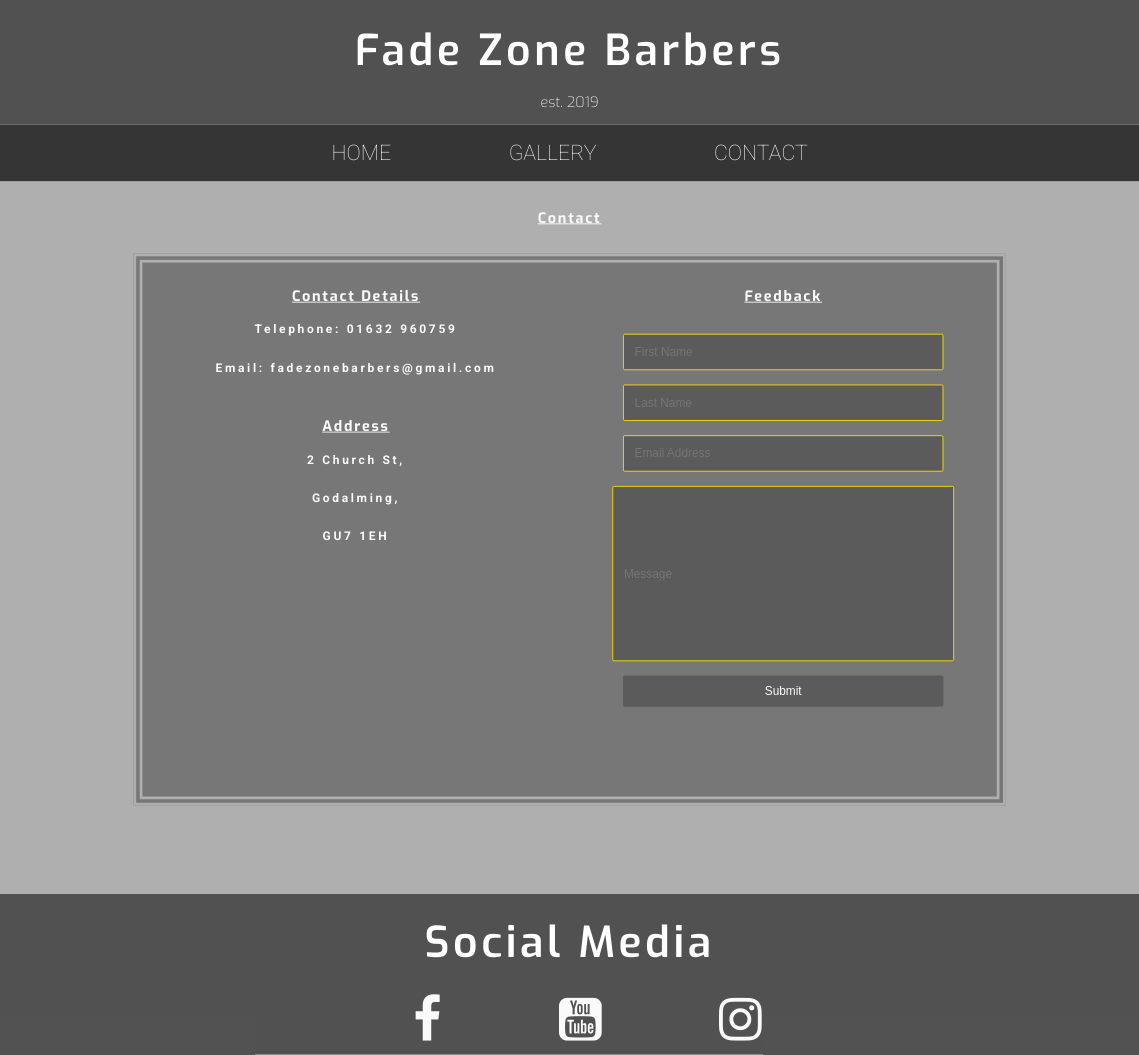
Repository: Boofy360/fade-zone-barbers
Page: contact.html
The author's editor kept a record of every edit. The page is drawn from the files as they stood at one moment, then again after the next edit.
The browser window is 1280 px wide. The pictures show the whole page, at 89% of full size.

Above is the page before.

### contact.html
<!DOCTYPE html>
<html lang="en">

<head>
    <meta charset="UTF-8">
    <meta name="viewport" content="width=device-width, initial-scale=1.0">
    <meta http-equiv="X-UA-Compatible" content="ie=edge">
    <link rel="stylesheet" href="assets/css/style.css" type="text/css" />
    <link rel="stylesheet" href="https://maxcdn.bootstrapcdn.com/font-awesome/4.7.0/css/font-awesome.min.css" type="text/css" />
    <link rel="stylesheet" href="https://cdnjs.cloudflare.com/ajax/libs/hover.css/2.3.1/css/hover-min.css" type="text/css" />
    <title>Document</title>
</head>

<body>
    <header>
        <div id="heading">
            <h1>Fade Zone Barbers</h1>
            <h2>est. 2019</h2>
            <!----------Figure out how to center---------->
        </div>
    </header>
    <nav>
        <ul id="navbar">
            <li>
                <a href="index.html">Home</a>
            </li>
            <li>
                <a href="gallery.html">Gallery</a>
            </li>
            <li>
                <a href="contact.html">Contact</a>
            </li>
        </ul>
    </nav>
    <section id="contact">
        <h2>Contact</h2>
        <div id="contact-overlay">
            <div id="left-contact">
                <h2>Contact Details</h2>
                <p>Telephone: 01632 960759</p>
                <p>Email: fadezonebarbers@gmail.com</p>
                <h2>Address</h2>
                <p>2 Church St,</p>
                <p>Godalming,</p>
                <p>GU7 1EH</p>
            </div>
            <div id="right-contact">
                <h2>Feedback</h2>
                <form action="" target="_self" method="post">
                    <input type="text" name="firstname" placeholder="First Name"/>
                    <input type="text" name="lastname" placeholder="Last Name"/>
                    <input type="text" name="email" placeholder="Email Address"/>
                    <input type="text" name="message" placeholder="Message"/>
                    <input type="submit" value="Submit"/>
                </form>
            </div>
        </div>
    </section>
    <footer>
        <h1>Social Media</h1>
        <ul id="social-networks">
            <li><a href="https://www.facebook.com" target="_blank"><i class="fa fa-facebook"></i></a></li>
            <li><a href="https://www.twitter.com" target="_blank"><i class="fa fa-youtube-square"></i></a></li>
            <li><a href="https://www.instagram.com" target="_blank"><i class="fa fa-instagram"></i></a></li>
        </ul>
    </footer>
</body>

</html>

### assets/css/style.css
@import url('https://fonts.googleapis.com/css?family=Roboto:100,200,300,400,500,600,700|Exo:100,200,300,400,500,600,700');

/*--------------------------------------------Special paddings/margins/text*/

body {
    margin: 0;
    padding: 0;
    border: 0;
}

a:link {
    text-decoration: none!important;
}

/*--------------------------------------------Header*/

header {
    background-color: rgba(8, 8, 8, 0.7);
    font-family: "Exo", sans-serif;
    line-height: 50px;
    text-align: center;
}

#heading h1 {
    font-size: 300%;
    letter-spacing: 4px;
    color: #fff;
    font-weight: 600;
    margin: 0;
    padding: 32px 0 8px;
}

#heading h2 {
    font-size: 100%;
    color: #fafafa;
    font-weight: 200;
    margin: 0;
}

/*--------------------------------------------Navbar*/

#navbar {
    background-color: rgba(32, 32, 32, 0.9);
    list-style-type: none;
    margin: auto;
    padding: 0;
    float: none;
    text-align: center
}

#navbar li {
    display: inline-block;
}

#navbar li a {
    font-family: "Roboto", sans-serif;
    color: #fafafa;
    font-size: 150%;
    font-weight: 100;
    text-transform: uppercase;
    padding: 0 64px;
    text-decoration: none;
    display: inline;
    line-height: 64px;
    transition: all 0.35s ease-in-out;
    -moz-transition: all 0.35s ease-in-out;
    -webkit-transition: all 0.35s ease-in-out;
    -o-transition: all 0.35s ease-in-out;
}

#navbar li a:hover {
    color: #ffdf00;
}


/*--------------------------------------------About Us*/

#hero-image {
    background-image: linear-gradient(rgba(0, 0, 0, 0.2), rgba(0, 0, 0, 0.2)), url("../images/tools-background.jpg");
    height: 100%;
    background-position: center;
    background-repeat: no-repeat;
    background-size: cover;
}


#hero-outer {
    height: 600px;
    width: 100%;
    overflow: hidden;
    position: relative;
    text-align: center
}

#cover-text h2 {
    letter-spacing: 2px;
    font-family: "Exo", sans-serif;
    text-decoration: underline;


}

#cover-text {
    background-color: rgba(32, 32, 32, 0.5);
    font-family: "Roboto", sans-serif;
    font-size: 1.5vh;
    text-align: center;
    color: #fafafa;
    line-height: 100%;
    width: 60%;
    height: 60%;
    border-radius: 5%;
    padding: 20px 20px;
    bottom: 20%;
    left: 10%;
    position: absolute;
    margin: 0 auto;
}

/*--------------------------------------------Prices*/

#prices {
    background-color: #afafaf;
    font-family: "Roboto", sans-serif;
    font-size: 1.5vh;
    text-align: center;
    color: #fafafa;
    width: 100%;
    height: 600px;
    position: relative;
}

#prices h2 {
    text-align: center;
    letter-spacing: 2px;
    font-family: "Exo", sans-serif;
    text-decoration: underline;
    padding: 30px 0;
    margin: 0;
}


#prices-list {
    background-color: rgba(64, 64, 64, 0.5);
    width: 80%;
    height: 65%;
    line-height: 150%;
    display: inline-block;
    border: 10px double #afafaf;
}

#left-content {
    float: left;
    width: 50%;
}

#right-content {
    float: right;
    width: 50%;
}

#left-content p,
#right-content p {
    font-size: 1.25em;
    letter-spacing: 3px;
    font-weight: 700;
    padding: 0.5em;

}

/*--------------------------------------------Gallery*/

#gallery {
    background-color: #afafaf;
    clear:both;
    height: 100%;
    line-height: 0;
    column-count: 5;
    column-gap: 0;
}

#gallery img {
    width: 100%;
}

/*--------------------------------------------Contact*/

#contact {
    background-color: #afafaf;
    width: 100%;
    height: 800px;
    position: relative;
    text-align:center;
    font-size: 1.5vh;
    font-family: "Roboto", sans-serif;
    color: #fafafa;
}

#contact h2 {
    text-align: center;
    letter-spacing: 2px;
    font-family: "Exo", sans-serif;
    text-decoration: underline;
    padding: 30px 0;
    margin: 0;
}

#contact-overlay {
    background-color: rgba(64, 64, 64, 0.5);
    width: 75%;
    height: 75%;
    line-height: 150%;
    display: inline-block;
    border: 10px double #afafaf;
}

#left-contact {
    float: left;
    width: 50%;
}

#left-contact h2 {
    padding-bottom: 0px
}

#right-contact {
    float: right;
    width: 50%;
}

#left-contact p {
    font-size: 1.25em;
    letter-spacing: 3px;
    font-weight: 700;
    padding: 0.5em;
}

input {
    background-color: rgba(64, 64, 64, 0.5);
    color: #fafafa;
    width: 75%;
    padding: 12px;
    margin-top: 4px;
    margin-bottom: 12px;
    box-sizing: border-box;
    border-radius: 2px;
    border: 1px solid #ffdf00;
    cursor: text;
}

input[type=submit] {
    padding: 10px 16px;
    border: none;
    border-radius: 2px;
    cursor: pointer;
}

input[name=message] {
    width: 80%;
    padding: 90px 12px;
}





/*--------------------------------------------Footer*/

footer {
    background-color: rgba(8, 8, 8, 0.7);
    line-height: 50px;
    text-align: center;
}

footer h1 {
    font-family: "Exo", sans-serif;
    font-size: 300%;
    letter-spacing: 4px;
    color: #fff;
    font-weight: 600;
    margin: 0;
    padding: 30px 0;
}

#social-networks {
    margin: 0;
}

#social-networks li {
    display: inline;

}

#social-networks li a {
    color: #fafafa;
    font-size: 3.5em;
    padding: 0 64px;
    line-height: 64px;
    transition: all 0.35s ease-in-out;
    -moz-transition: all 0.35s ease-in-out;
    -webkit-transition: all 0.35s ease-in-out;
    -o-transition: all 0.35s ease-in-out;
}

#social-networks li a:hover {
    color: #ffdf00;
}

After the next edit:
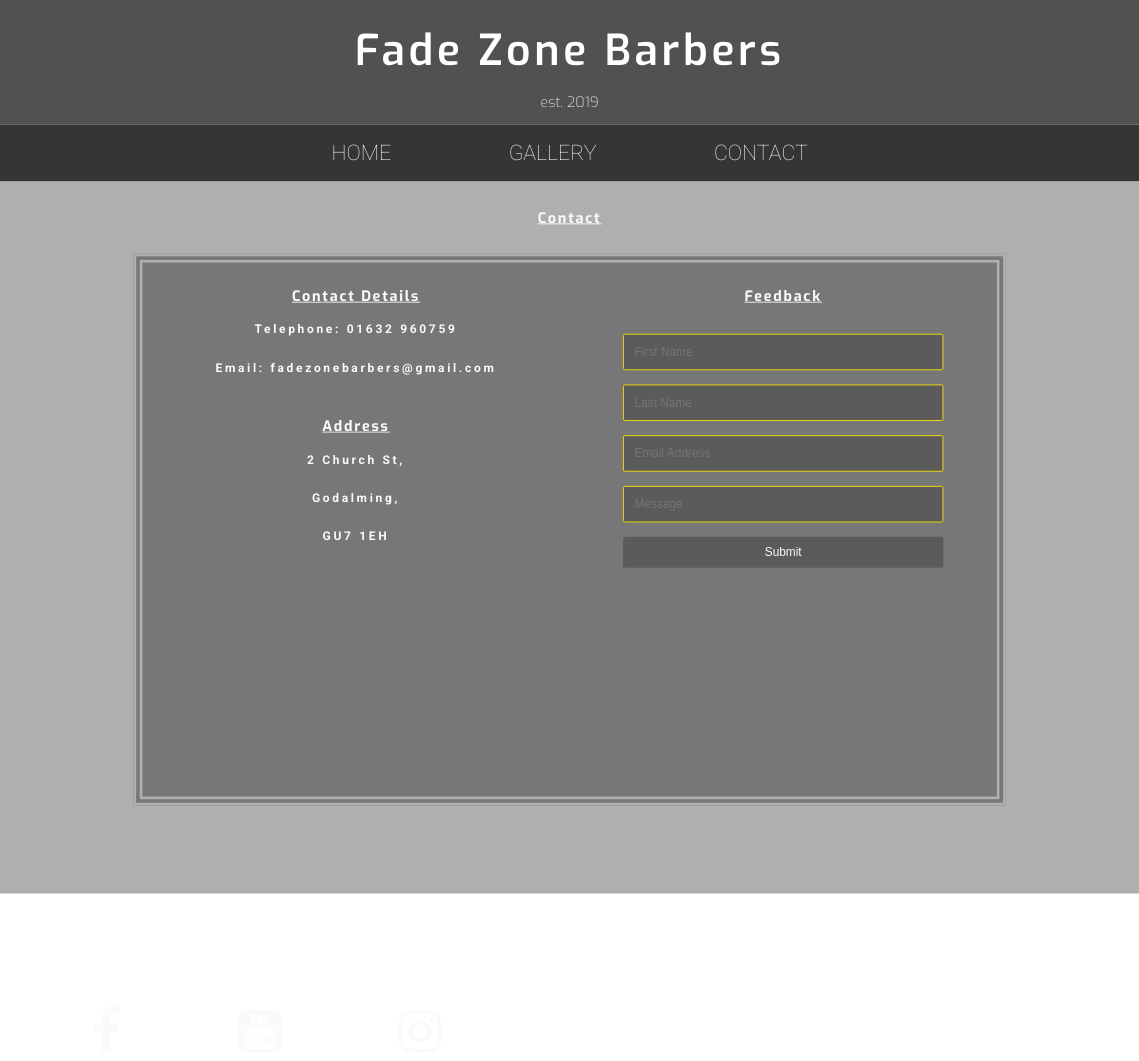
The edit:
--- a/assets/css/style.css
+++ b/assets/css/style.css
@@ -255,10 +255,8 @@
     cursor: pointer;
 }
 
-input[name=message] {
-    width: 80%;
-    padding: 90px 12px;
-}
+input[type=submit]
+
 
 
 
